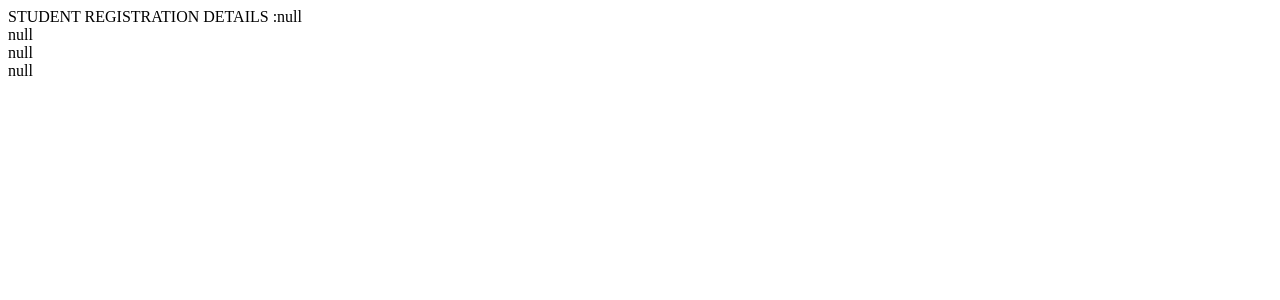
Repository: Catalyst-OTU/Java_Works
Page: http://localhost/ServletBasic/StudentRegister
These files come from the project's save history. The page is drawn as it stood at one moment and after the next save; the edit follows.
The browser window is 1280 px wide. The pictures show the whole page.
The page is served by Tomcat 9. Other server files are loaded and not shown.

Above is the page before, as saved 2021-01-27 20:17:19.

### ServletBasic/src/com/trainings/servlets/StudentRegister.java
package com.trainings.servlets;

import java.io.IOException;
import java.io.PrintWriter;

import javax.servlet.ServletException;
import javax.servlet.annotation.WebServlet;
import javax.servlet.http.HttpServlet;
import javax.servlet.http.HttpServletRequest;
import javax.servlet.http.HttpServletResponse;

/**
 * Servlet implementation class StudentRegister
 */
@WebServlet("/StudentRegister")
public class StudentRegister extends HttpServlet {
	private static final long serialVersionUID = 1L;

    /**
     * @see HttpServlet#HttpServlet()
     */
    public StudentRegister() {
        super();
        // TODO Auto-generated constructor stub
    }

	/**
	 * @see HttpServlet#doGet(HttpServletRequest request, HttpServletResponse response)
	 */
	protected void doGet(HttpServletRequest request, HttpServletResponse response) throws ServletException, IOException {


		response.setContentType("text/html");

		PrintWriter out = response.getWriter();

		out.println("<html> <body>");

		out.println("STUDENT REGISTRATION DETAILS :" + request.getParameter("firstName") + "<br/> " + request.getParameter("lastName")
		+ "<br/> " + request.getParameter("email") + "<br/> " + request.getParameter("pass"));

		out.println("</html> </body>");
	}

	/**
	 * @see HttpServlet#doPost(HttpServletRequest request, HttpServletResponse response)
	 */
	protected void doPost(HttpServletRequest request, HttpServletResponse response) throws ServletException, IOException {
		// TODO Auto-generated method stub
		doGet(request, response);
	}

}

After the next save:
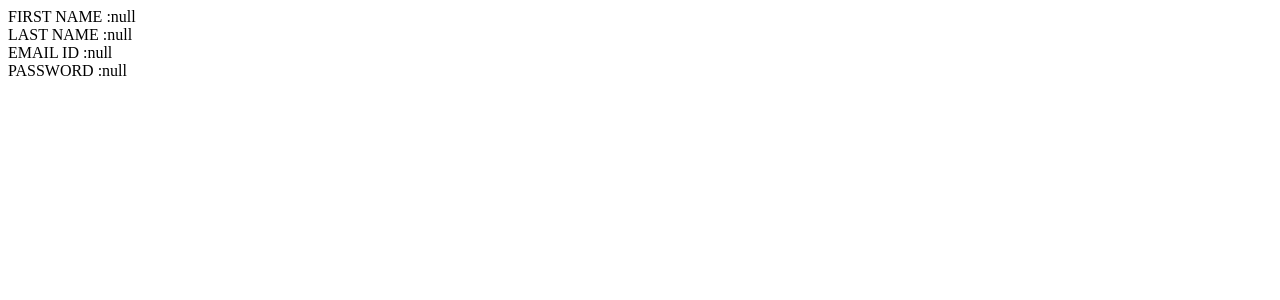
Saved 3 min 6 s later.
--- a/ServletBasic/src/com/trainings/servlets/StudentRegister.java
+++ b/ServletBasic/src/com/trainings/servlets/StudentRegister.java
@@ -36,8 +36,8 @@ public class StudentRegister extends HttpServlet {
 
 		out.println("<html> <body>");
 
-		out.println("STUDENT REGISTRATION DETAILS :" + request.getParameter("firstName") + "<br/> " + request.getParameter("lastName")
-		+ "<br/> " + request.getParameter("email") + "<br/> " + request.getParameter("pass"));
+		out.println("FIRST NAME :" + request.getParameter("firstName") + "<br/> " +  "LAST NAME :" + request.getParameter("lastName")
+		+ "<br/>" +  "EMAIL ID :" + request.getParameter("email") + "<br/> " +  "PASSWORD :" + request.getParameter("pass"));
 
 		out.println("</html> </body>");
 	}
